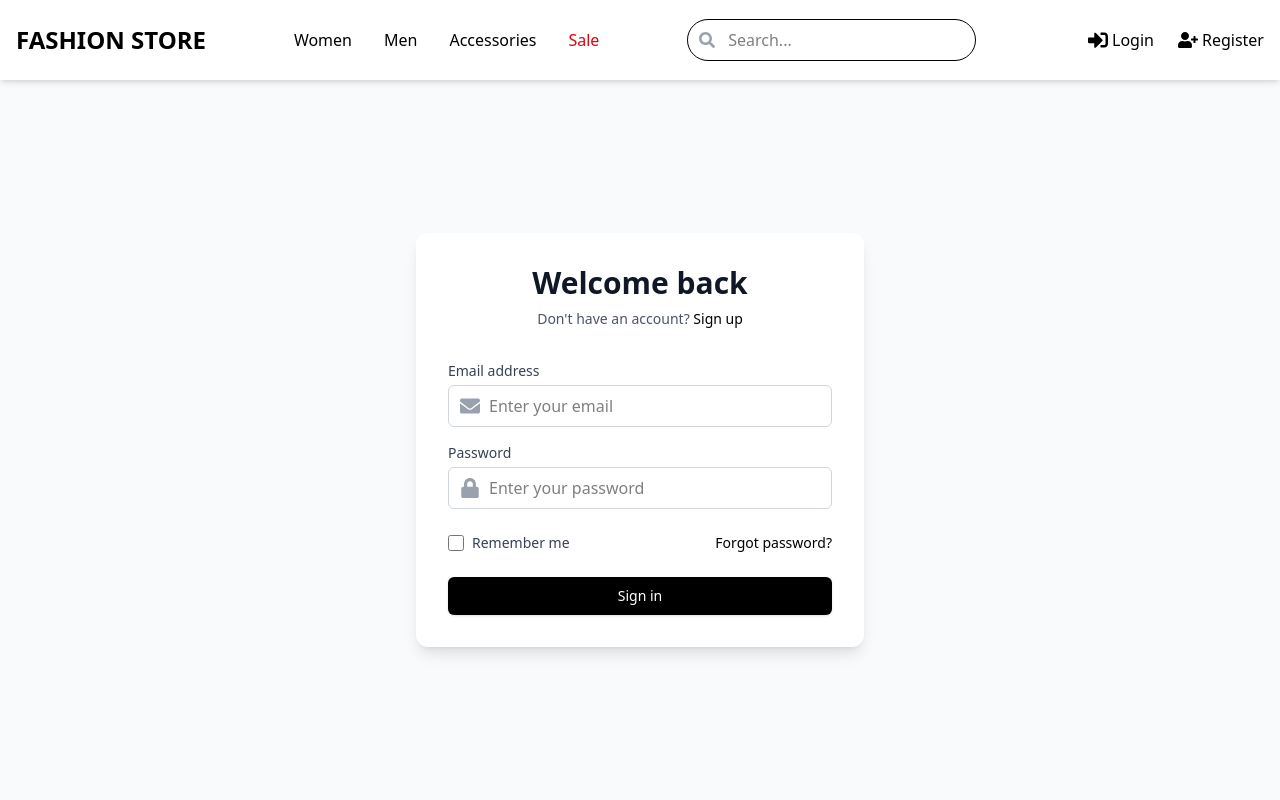
Repository: minhquang203/SHOPQUANAO
Page: /admin (app in frontend/)
An editor plug-in stored every save of this project. The page is shown before and after the next save, followed by the edit.
The browser window is 1280 px wide. The pictures show the part of the page from y = 0 to 952 px (the page is 800 px tall before and 2446 px after).
The project was rebuilt for these pictures with package versions that can differ from the ones it lists, and the page was loaded fresh each time. Also part of the build but not shown: frontend/vite.config.js, frontend/src/components/AdminLayout.jsx, frontend/src/pages/admin/Dashboard.jsx, frontend/src/pages/admin/Orders.jsx, frontend/src/pages/admin/Products.jsx, frontend/src/pages/admin/Users.jsx, frontend/src/pages/RegisterPage.jsx.

Above is the page before, as saved 2025-04-29 02:07:23.

### frontend/src/main.jsx
// main.jsx
import React from "react";
import ReactDOM from "react-dom/client";
import { Provider } from "react-redux";
import { PersistGate } from "redux-persist/integration/react";
import App from "./App";
import "./index.css";
import { persistor, store } from "./redux/store";

ReactDOM.createRoot(document.getElementById("root")).render(
  <Provider store={store}>
    <PersistGate loading={null} persistor={persistor}>
      <App />
    </PersistGate>
  </Provider>
);

### frontend/src/App.jsx
import React from "react";
import { Route, BrowserRouter as Router, Routes } from "react-router-dom";
import AdminLayout from "./components/AdminLayout";
import AdminRoute from "./components/AdminRoute"; // Thêm component mới này
import Navbar from "./components/Navbar";
import Dashboard from "./pages/admin/Dashboard";
import Orders from "./pages/admin/Orders";
import Products from "./pages/admin/Products";
import Users from "./pages/admin/Users";
import Homepage from "./pages/Homepage";
import Login from "./pages/LoginPage";
import Register from "./pages/RegisterPage";

function App() {
  return (
    <Router>
      <div>
        <Navbar />
        <Routes>
          <Route path="/" element={<Homepage />} />
          <Route path="/login" element={<Login />} />
          <Route path="/register" element={<Register />} />

          {/* Protected Admin Routes */}
          <Route element={<AdminRoute />}>
            <Route path="/admin" element={<AdminLayout />}>
              <Route index element={<Dashboard />} />
              <Route path="dashboard" element={<Dashboard />} />
              <Route path="orders" element={<Orders />} />
              <Route path="products" element={<Products />} />
              <Route path="users" element={<Users />} />
            </Route>
          </Route>
        </Routes>
      </div>
    </Router>
  );
}

export default App;

### frontend/src/index.css
@import "tailwindcss";

.group:hover .group-hover\:block{
    display: block;
}

### frontend/src/components/AdminRoute.jsx
// src/components/AdminRoute.jsx
import { useSelector } from 'react-redux';
import { Navigate, Outlet } from 'react-router-dom';
import { selectCurrentRole } from '../redux/authSelectors';

const AdminRoute = () => {
  const role = useSelector(selectCurrentRole);
  return role === 'admin' ? <Outlet /> : <Navigate to="/login" replace />;
};

export default AdminRoute;

### frontend/src/components/Navbar.jsx
import React, { useState } from 'react';
import { FaHeart, FaSearch, FaShoppingCart, FaSignInAlt, FaUser, FaUserPlus } from 'react-icons/fa';
import { useDispatch, useSelector } from 'react-redux';
import { Link, useNavigate } from 'react-router-dom';
import { selectCurrentRole, selectCurrentUser, selectIsAuthenticated } from '../redux/authSelectors';
import { logout } from '../redux/authSlice';

function Navbar() {
  const dispatch = useDispatch();
  const navigate = useNavigate();
  const [isMenuOpen, setIsMenuOpen] = useState(false);
  const isAuthenticated = useSelector(selectIsAuthenticated);
  const user = useSelector(selectCurrentUser);
  const role = useSelector(selectCurrentRole);

  // Sử dụng selector đã memoize


  const handleLogout = () => {
    dispatch(logout());
    navigate('/login');
  };

  const AuthenticatedIcons = () => (
    <div className="flex items-center space-x-6">
      <button className="hover:text-gray-600 transition">
        <FaSearch className="h-5 w-5 md:hidden" />
      </button>
      <Link to="/wishlist" className="hover:text-gray-600 transition">
        <FaHeart className="h-5 w-5" />
      </Link>
      <Link to="/cart" className="relative hover:text-gray-600 transition">
        <FaShoppingCart className="h-5 w-5" />
        <span className="absolute -top-2 -right-2 bg-red-600 text-white text-xs rounded-full w-5 h-5 flex items-center justify-center">
          0
        </span>
      </Link>

      {/* Admin Dashboard Link - Only visible for admins */}
      {role === 'admin' && (
        <Link to="/admin/dashboard" className="hover:text-gray-600 transition">
          <span className="hidden md:inline">Admin</span>
        </Link>
      )}

      <div className="relative group">
        <button className="hover:text-black transition-transform hover:scale-105">
          <FaUser className="h-5 w-5" />
          <span className="hidden md:inline">{user?.username}</span>
        </button>
        <div className="absolute right-0 w-48 py-2 mt-2 bg-white rounded-md shadow-xl invisible group-hover:visible opacity-0 group-hover:opacity-100 transition-all duration-200 z-50">
          <Link
            to="/profile"
            className="block px-4 py-2 text-sm text-gray-700 hover:bg-gray-100"
          >
            Profile
          </Link>
          <Link
            to="/orders"
            className="block px-4 py-2 text-sm text-gray-700 hover:bg-gray-100"
          >
            Orders
          </Link>
          <button
            onClick={handleLogout}
            className="block w-full text-left px-4 py-2 text-sm text-gray-700 hover:bg-gray-100"
          >
            Sign Out
          </button>
        </div>
      </div>
    </div>
  );

  const NonAuthenticatedIcons = () => (
    <div className="flex items-center space-x-6">
      <button className="hover:text-gray-600 transition">
        <FaSearch className="h-5 w-5 md:hidden" />
      </button>
      <Link to="/login" className="hover:text-gray-600 transition flex items-center space-x-1">
        <FaSignInAlt className="h-5 w-5" />
        <span className="hidden md:inline">Login</span>
      </Link>
      <Link to="/register" className="hover:text-gray-600 transition flex items-center space-x-1">
        <FaUserPlus className="h-5 w-5" />
        <span className="hidden md:inline">Register</span>
      </Link>
    </div>
  );

  return (
    <nav className="bg-white shadow-md sticky top-0 z-50">
      <div className="container mx-auto px-4">
        <div className="flex items-center justify-between h-20">
          <Link to="/" className="text-2xl font-bold">FASHION STORE</Link>

          <div className="hidden md:flex items-center space-x-8">
            <Link to="/women" className="hover:text-gray-600 transition">Women</Link>
            <Link to="/men" className="hover:text-gray-600 transition">Men</Link>
            <Link to="/accessories" className="hover:text-gray-600 transition">Accessories</Link>
            <Link to="/sale" className="text-red-600 hover:text-red-700 transition">Sale</Link>
          </div>

          <div className="hidden md:flex items-center relative">
            <input
              type="text"
              placeholder="Search..."
              className="pl-10 pr-4 py-2 border rounded-full focus:outline-none focus:ring-2 focus:ring-black"
            />
            <FaSearch className="absolute left-3 text-gray-400" />
          </div>

          {user ? <AuthenticatedIcons /> : <NonAuthenticatedIcons />}

          <button
            className="md:hidden"
            onClick={() => setIsMenuOpen(!isMenuOpen)}
            aria-label="Toggle menu"
          >
            <svg className="w-6 h-6" fill="none" viewBox="0 0 24 24" stroke="currentColor">
              <path strokeLinecap="round" strokeLinejoin="round" strokeWidth={2} d="M4 6h16M4 12h16M4 18h16" />
            </svg>
          </button>
        </div>

        {isMenuOpen && (
          <div className="md:hidden py-4 border-t">
            <div className="flex flex-col space-y-4">
              <Link to="/women" className="hover:text-gray-600 transition px-4">Women</Link>
              <Link to="/men" className="hover:text-gray-600 transition px-4">Men</Link>
              <Link to="/accessories" className="hover:text-gray-600 transition px-4">Accessories</Link>
              <Link to="/sale" className="text-red-600 hover:text-red-700 transition px-4">Sale</Link>
              {role === 'admin' && (
                <Link to="/admin/dashboard" className="hover:text-gray-600 transition px-4">
                  Admin Dashboard
                </Link>
              )}
              <div className="relative px-4">
                <input
                  type="text"
                  placeholder="Search..."
                  className="w-full pl-10 pr-4 py-2 border rounded-full focus:outline-none focus:ring-2 focus:ring-black"
                />
                <FaSearch className="absolute left-7 top-3 text-gray-400" />
              </div>
            </div>
          </div>
        )}
      </div>
    </nav>
  );
}

export default Navbar;

### frontend/src/pages/LoginPage.jsx
import React, { useState } from 'react';
import { FaEnvelope, FaLock } from 'react-icons/fa';
import { useDispatch } from 'react-redux';
import { Link, useNavigate } from 'react-router-dom';
import { setCredentials } from '../redux/authSlice';

function Login() {
  const dispatch = useDispatch();
  const navigate = useNavigate();
  const [isLoading, setIsLoading] = useState(false);
  const [formData, setFormData] = useState({
    email: '',
    password: '',
  });

  const handleChange = (e) => {
    setFormData(prev => ({
      ...prev,
      [e.target.name]: e.target.value
    }));
  };

  const handleSubmit = async (e) => {
    e.preventDefault();
    setIsLoading(true);

    try {
      const response = await fetch('http://localhost:8000/auth/login', {
        method: 'POST',
        headers: { 'Content-Type': 'application/json' },
        body: JSON.stringify(formData),
      });

      const data = await response.json();
      console.log('Login API Response:', data);

      if (response.ok && data.token && data._id) {
        dispatch(setCredentials({
          auth: {
            id: data._id,
            username: data.username,
            email: data.email,
          },
          token: data.token,
          role: data.role || 'user',
        }));

        navigate(data.role === 'admin' ? '/admin/dashboard' : '/');
      } else {
        alert(data.message || 'Login thất bại. Kiểm tra lại thông tin.');
      }
    } catch (error) {
      console.error('Login error:', error);
      alert('Có lỗi xảy ra khi đăng nhập. Vui lòng thử lại sau.');
    } finally {
      setIsLoading(false);
    }
  };

  return (
    <div className="min-h-screen bg-gray-50 py-12 px-4 sm:px-6 lg:px-8 flex items-center">
      <div className="max-w-md w-full mx-auto space-y-8 bg-white p-8 rounded-xl shadow-lg">
        {/* Header */}
        <div className="text-center">
          <h2 className="text-3xl font-bold text-gray-900">Welcome back</h2>
          <p className="mt-2 text-sm text-gray-600">
            Don't have an account?{' '}
            <Link to="/register" className="font-medium text-black hover:text-gray-800">
              Sign up
            </Link>
          </p>
        </div>

        {/* Form */}
        <form className="mt-8 space-y-6" onSubmit={handleSubmit}>
          <div className="space-y-4">
            {/* Email */}
            <div>
              <label htmlFor="email" className="block text-sm font-medium text-gray-700">
                Email address
              </label>
              <div className="mt-1 relative">
                <div className="absolute inset-y-0 left-0 pl-3 flex items-center">
                  <FaEnvelope className="h-5 w-5 text-gray-400" />
                </div>
                <input
                  id="email"
                  type="email"
                  required
                  className="pl-10 w-full px-3 py-2 border border-gray-300 rounded-md focus:outline-none focus:ring-2 focus:ring-black focus:border-transparent"
                  placeholder="Enter your email"
                  value={formData.email}
                  onChange={(e) => setFormData({ ...formData, email: e.target.value })}
                />
              </div>
            </div>

            {/* Password */}
            <div>
              <label htmlFor="password" className="block text-sm font-medium text-gray-700">
                Password
              </label>
              <div className="mt-1 relative">
                <div className="absolute inset-y-0 left-0 pl-3 flex items-center">
                  <FaLock className="h-5 w-5 text-gray-400" />
                </div>
                <input
                  id="password"
                  type="password"
                  required
                  className="pl-10 w-full px-3 py-2 border border-gray-300 rounded-md focus:outline-none focus:ring-2 focus:ring-black focus:border-transparent"
                  placeholder="Enter your password"
                  value={formData.password}
                  onChange={(e) => setFormData({ ...formData, password: e.target.value })}
                />
              </div>
            </div>
          </div>

          <div className="flex items-center justify-between">
            <div className="flex items-center">
              <input
                id="remember-me"
                type="checkbox"
                className="h-4 w-4 text-black focus:ring-black border-gray-300 rounded"
              />
              <label htmlFor="remember-me" className="ml-2 block text-sm text-gray-700">
                Remember me
              </label>
            </div>

            <div className="text-sm">
              <Link to="/forgot-password" className="font-medium text-black hover:text-gray-800">
                Forgot password?
              </Link>
            </div>
          </div>

          <button
            type="submit"
            className="w-full flex justify-center py-2 px-4 border border-transparent rounded-md shadow-sm text-sm font-medium text-white bg-black hover:bg-gray-800 focus:outline-none focus:ring-2 focus:ring-offset-2 focus:ring-black"
          >
            Sign in
          </button>
        </form>
      </div>
    </div>
  );
}

export default Login;

Loaded but not shown: frontend/index.html (common file); frontend/src/redux/store.js (28 lines, source omitted); frontend/src/redux/authSlice.js (32 lines, source omitted); frontend/src/redux/authSelectors.js (5 lines, source omitted); frontend/src/pages/Homepage.jsx (155 lines, source omitted)

After the next save:
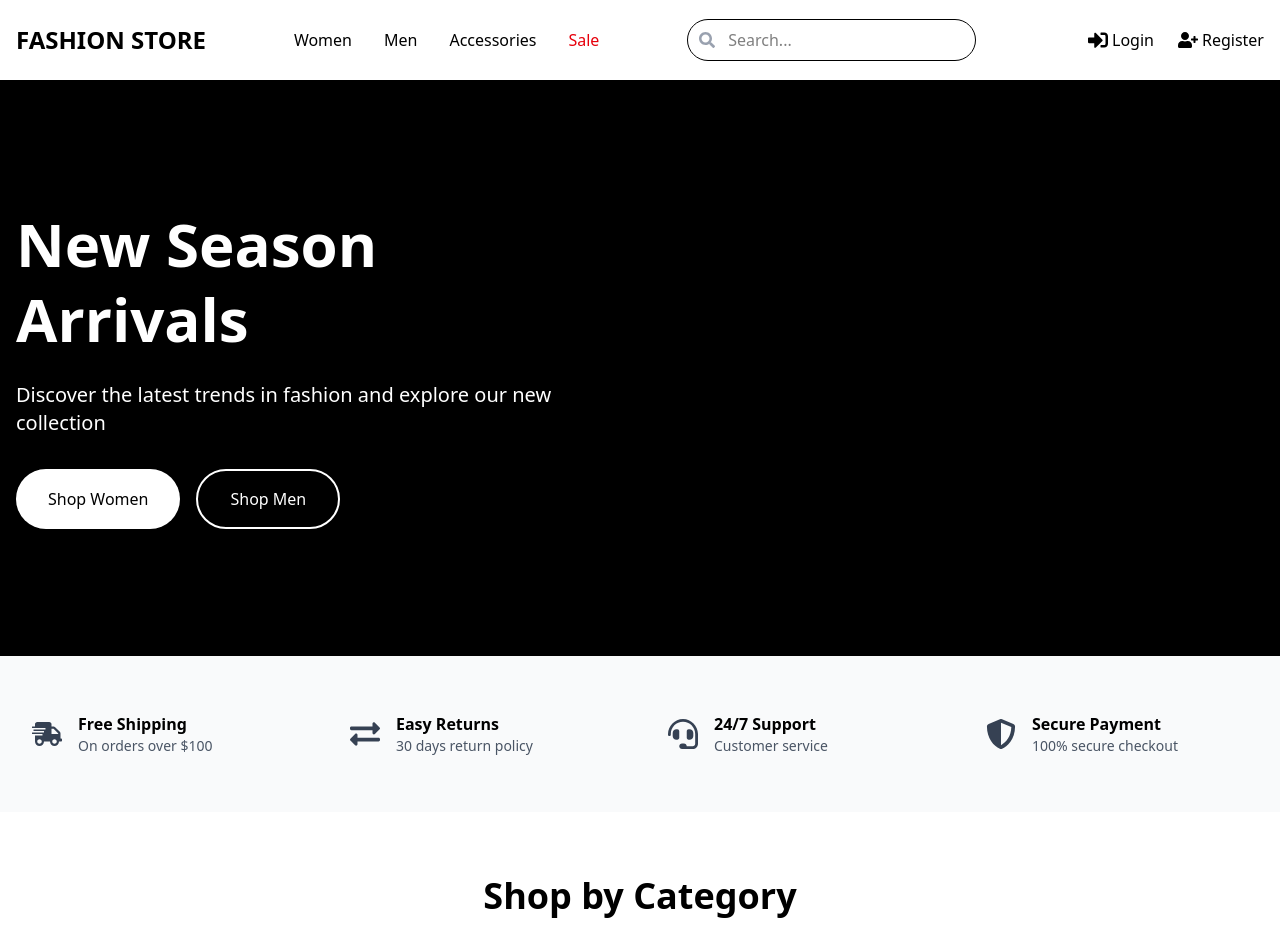
Saved 6 min 20 s later.
--- a/frontend/src/components/AdminRoute.jsx
+++ b/frontend/src/components/AdminRoute.jsx
@@ -1,11 +1,14 @@
-// src/components/AdminRoute.jsx
 import { useSelector } from 'react-redux';
-import { Navigate, Outlet } from 'react-router-dom';
-import { selectCurrentRole } from '../redux/authSelectors';
+import { Navigate } from 'react-router-dom';
 
-const AdminRoute = () => {
-  const role = useSelector(selectCurrentRole);
-  return role === 'admin' ? <Outlet /> : <Navigate to="/login" replace />;
-};
+function AdminRoute({ children }) {
+  const { user } = useSelector((state) => state.auth);
+
+  if (!user || user.role !== 'admin') {
+    return <Navigate to="/" replace />;
+  }
+
+  return children;
+}
 
 export default AdminRoute;

After the save that followed:
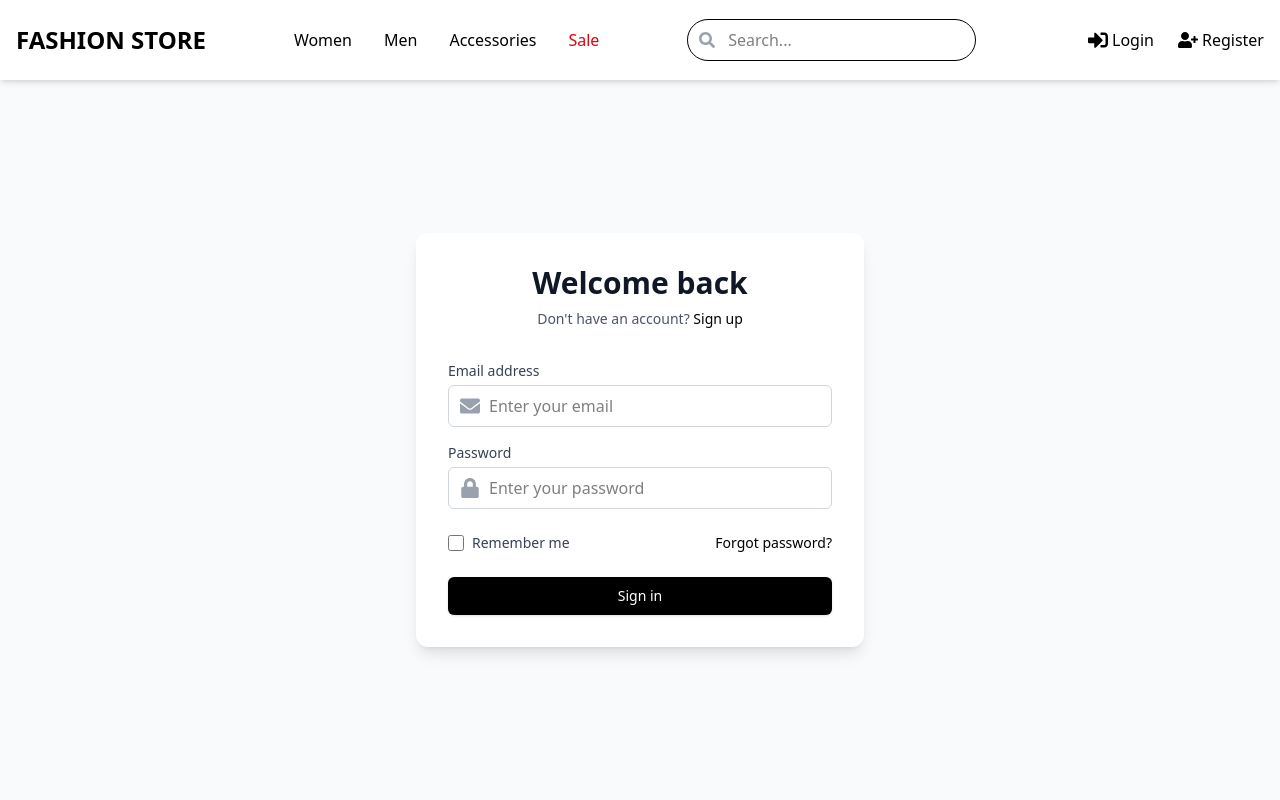
Saved 95 s later.
--- a/frontend/src/components/AdminRoute.jsx
+++ b/frontend/src/components/AdminRoute.jsx
@@ -1,14 +1,18 @@
-import { useSelector } from 'react-redux';
-import { Navigate } from 'react-router-dom';
+import { useSelector } from "react-redux";
+import { Navigate, Outlet } from "react-router-dom";
 
-function AdminRoute({ children }) {
+function AdminRoute() {
   const { user } = useSelector((state) => state.auth);
 
-  if (!user || user.role !== 'admin') {
+  if (!user) {
+    return <Navigate to="/login" replace />;
+  }
+
+  if (user.role !== 'admin') {
     return <Navigate to="/" replace />;
   }
 
-  return children;
+  return <Outlet />; // ✨ Cái này để render các Route con bên trong
 }
 
 export default AdminRoute;
